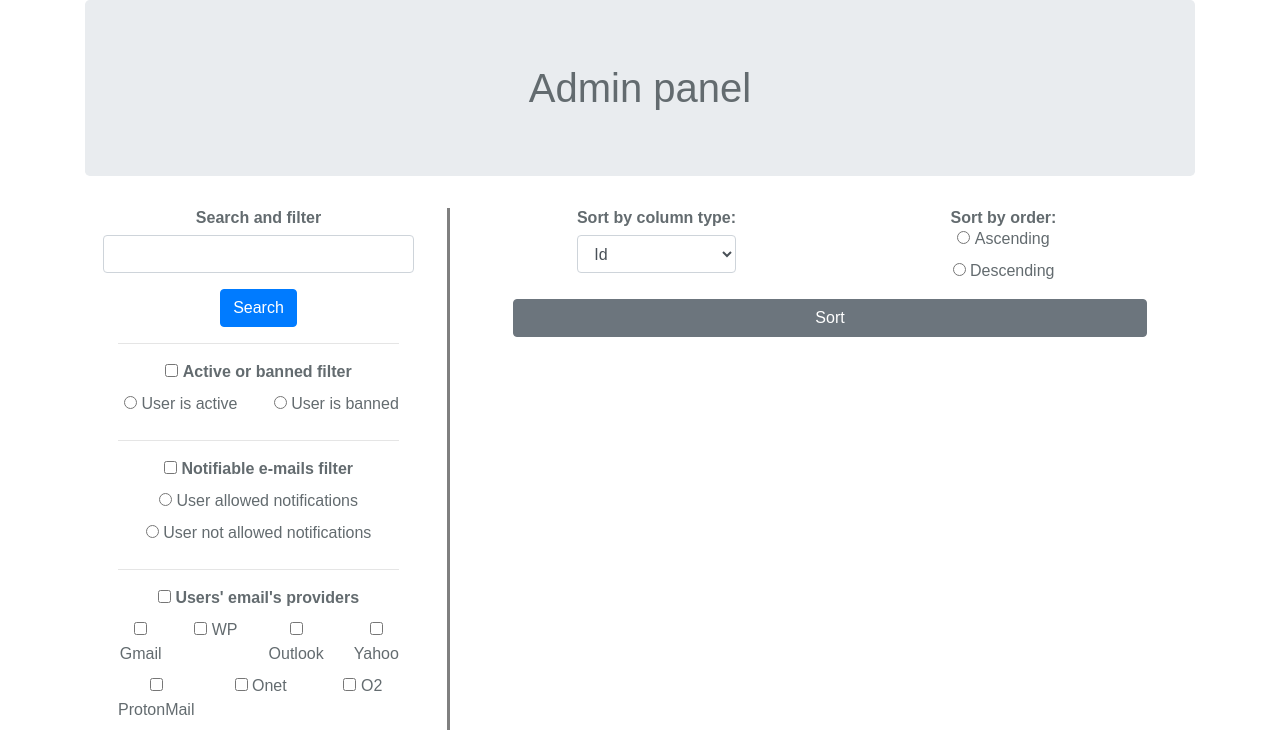
Repository: WOLVGVNG/gameclan
Page: resources/views/admin_panel.blade.php
These files come from the project's save history. The page is drawn as it stood at one moment and after the next save; the edit follows.
The browser window is 1280 px wide. The pictures show the whole page.
The page is served by the project's Laravel application, run on PHP 8.4 with Laravel 8. Other server files are loaded and not shown. The template is opened directly, without the code that normally fills it, so the values that code supplies are empty.

Above is the page before, as saved 2019-03-20 21:07:23.

### routes/web.php
<?php

/*
|--------------------------------------------------------------------------
| Web Routes
|--------------------------------------------------------------------------
|
| Here is where you can register web routes for your application. These
| routes are loaded by the RouteServiceProvider within a group which
| contains the "web" middleware group. Now create something great!
|
*/

Route::get('/', 'AdminPanelController@index');

### resources/views/admin_panel.blade.php
@extends('layout.app')
@section('content')
<div class='container text-center'>
    <h1 class='jumbotron'>Admin panel</h1>
    <form action='/' method='GET'>
        <div class='row'>
            <div class='col-md-4 px-4 px-md-5' style='border-right: 3px solid gray'>
                <!-----------------------------SZUKANIE---------------------------->
                <div class='row'>
                    <h6 class='font-weight-bold mx-auto'>Search and filter</h6>
                    <input type='text' class='form-control' name='search' value='{{ session('search') }}'>
                </div>
                <div class='row'>
                    <button type='submit' class='btn btn-primary mt-3 mx-auto'>Search</button>
                </div>
                <hr>

                <!-----------------------------FILTROWANIE---------------------------->
                <input type='checkbox' name='filter_active_switch' id='active_switch' value=true @if(session('filter_active_switch')==true) echo checked @endif>
                <label for='active_switch' class='font-weight-bold text-center'>Active or banned filter</label>
                <div class='row'>
                    <div class='col'>
                        <input type='radio' name='filter_active' id='active' value='active' @if(session('filter_active')=='active') echo checked @endif>
                        <label for='active'>User is active</label>
                    </div>
                    <div class='col'>
                        <input type='radio' name='filter_active' id='banned' value='banned' @if(session('filter_active  ')=='banned') echo checked @endif>
                        <label for='banned'>User is banned</label>
                    </div>
                </div>

                <hr>

                <input type='checkbox' name='filter_notifiable_email_switch' id='notifiable_email_switch' value=true @if(session('filter_notifiable_email_switch')==true) echo checked @endif>
                <label for='notifiable_email_switch' class='font-weight-bold text-center'>Notifiable e-mails filter</label>
                <div class='row'>
                    <div class='col mx-auto'>
                        <div class='col-12'>
                            <input type='radio' name='filter_notifiable_email' id='notifiable_email_yes' value='true' @if(session('filter_notifiable_email')=='true') echo checked @endif>
                            <label for='notifiable_email_yes'>User allowed notifications</label>
                        </div>
                        <div class='col-12'>
                            <input type='radio' name='filter_notifiable_email' id='notifiable_email_no' value='false' @if(session('filter_notifiable_email')=='false') echo checked @endif>
                            <label for='notifiable_email_no'>User not allowed notifications</label>
                        </div>
                    </div>
                </div>

                <hr>

                <input type='checkbox' name='filter_email_switch' id='email_switch' value=true @if(session('filter_email_switch')==true) echo checked @endif>
                <label for='email_switch' class='font-weight-bold text-center'>Users' email's providers</label>
                <div class='row'>
                    <div class='col'>
                        <input type='checkbox' name='filter_email[]' id='gmail' value='gmail'>
                        <label for='gmail'>Gmail</label>
                    </div>
                    <div class='col'>
                        <input type='checkbox' name='filter_email[]' id='wp' value='wp'>
                        <label for='wp'>WP</label>
                    </div>
                    <div class='col'>
                        <input type='checkbox' name='filter_email[]' id='outlook' value='outlook'>
                        <label for='outlook'>Outlook</label>
                    </div>
                    <div class='col'>
                        <input type='checkbox' name='filter_email[]' id='yahoo' value='yahoo'>
                        <label for='yahoo'>Yahoo</label>
                    </div>
                    <div class='col'>
                        <input type='checkbox' name='filter_email[]' id='protonmail' value='protonmail'>
                        <label for='protonmail'>ProtonMail</label>
                    </div>
                    <div class='col'>
                        <input type='checkbox' name='filter_email[]' id='onet' value='onet'>
                        <label for='onet'>Onet</label>
                    </div>
                    <div class='col'>
                        <input type='checkbox' name='filter_email[]' id='o2' value='o2'>
                        <label for='o2'>O2</label>
                    </div>
                </div>
            </div>

            <div class='col-md-8 px-4 px-md-5'>
                <!-----------------------------SORTOWANIE---------------------------->
                <div class='row'>
                    <div class='col-sm-6'>
                        <h6 class='font-weight-bold mt-4 mt-md-0'>Sort by column type:</h6>
                        <select class='form-control w-50 mx-auto' name='sort_type' value='{{ session('sort_type') }}'>
                            {{--<option>{{ session('sort_type') }}</option>--}}
                            <option value='id' @if(session('sort_type') == 'id') echo selected @endif>Id</option>
                            <option value='user_name' @if(session('sort_type') == 'user_name') echo selected @endif>User name</option>
                            <option value='email' @if(session('sort_type') == 'email') echo selected @endif>E-mail</option>
                            <option value='notifiable_email' @if(session('sort_type') == 'notifiable_email') echo selected @endif>Notifiable email</option>
                            <option value='email_verified_at' @if(session('sort_type') == 'email_verified_at') echo selected @endif>Email verification date</option>
                            <option value='points' @if(session('sort_type') == 'points') echo selected @endif>Points</option>
                            <option value='steam_id' @if(session('sort_type') == 'steam_id') echo selected @endif>Steam id</option>
                            <option value='facebook_id' @if(session('sort_type') == 'facebook_id') echo selected @endif>Facebook id</option>
                            <option value='google_id' @if(session('sort_type') == 'google_id') echo selected @endif>google id</option>
                            <option value='geo' @if(session('sort_type') == 'geo') echo selected @endif>Country</option>
                            <option value='lang' @if(session('sort_type') == 'lang') echo selected @endif>Language</option>
                            <option value='ref' @if(session('sort_type') == 'ref') echo selected @endif>Ref</option>
                            <option value='ref_status' @if(session('sort_type') == 'ref_status') echo selected @endif>Ref status</option>
                            <option value='ref_code' @if(session('sort_type') == 'ref_code') echo selected @endif>Ref code</option>
                            <option value='deleted_at' @if(session('sort_type') == 'deleted_at') echo selected @endif>The date of removal</option>
                            <option value='created_at' @if(session('sort_type') == 'created_at') echo selected @endif>Creation date</option>
                            <option value='updated_at' @if(session('sort_type') == 'updated_at') echo selected @endif>Update date</option>
                        </select>
                    </div>
                    <div class='col-sm-6'>
                        <h6 class='font-weight-bold my-4 my-md-0'>Sort by order:</h6>
                        <input type='radio' name='sort_order' value='asc' id='asc'
                                @if(session('sort_order') == 'asc') echo checked @endif>
                        <label for='asc'>Ascending</label>
                        <br>
                        <input type='radio' name='sort_order' value='desc' id='desc'
                                @if(session('sort_order') == 'desc') echo checked @endif>
                        <label for='desc'>Descending</label>
                    </div>
                </div>
                <div class='col mt-2 mb-5'>
                    <button type='submit' class='btn btn-block btn-secondary'>Sort</button>
                </div>
            </form>

            <!-----------------------------WYŚWIETLANIE---------------------------->
            @foreach($users as $user)
                <div class='row mb-5 user-part-div'>
                    <div class='user-part-div col'>
                        <p class='font-weight-bold'>id</p>
                        <p>{{$user->id}}</p>
                    </div>
                    <div class='user-part-div col'>
                        <p class='font-weight-bold'>user_name</p>
                        <p>{{$user->user_name}}</p>
                    </div>
                    <div class='user-part-div col'>
                        <p class='font-weight-bold'>email</p>
                        <p>{{$user->email}}</p>
                    </div>
                    @if(isset($user->email_verified_at))
                        <div class='user-part-div col'>
                            <p class='font-weight-bold'>email_verified_at</p>
                            <p>{{$user->email_verified_at}}</p>
                        </div>
                    @endif
                    @if(isset($user->email_verified_at))
                        <div class='user-part-div col'>
                            <p class='font-weight-bold'>remember_token</p>
                            <p>{{$user->remember_token}}</p>
                        </div>
                    @endif
                    <div class='user-part-div col'>
                        <p class='font-weight-bold'>avatar</p>
                        <p>{{$user->avatar}}</p>
                    </div>
                    <div class='user-part-div col'>
                        <p class='font-weight-bold'>points</p>
                        <p>{{$user->points}}</p>
                    </div>
                    @if(isset($user->steam_id))
                        <div class='user-part-div col'>
                            <p class='font-weight-bold'>steam_id</p>
                            <p>{{$user->steam_id}}</p>
                        </div>
                    @endif
                    @if(isset($user->facebook_id))
                        <div class='user-part-div col'>
                            <p class='font-weight-bold'>facebook_id</p>
                            <p>{{$user->facebook_id}}</p>
                        </div>
                    @endif
                    @if(isset($user->google_id))
                        <div class='user-part-div col'>
                            <p class='font-weight-bold'>google_id</p>
                            <p>{{$user->google_id}}</p>
                        </div>
                    @endif
                    <div class='user-part-div col'>
                        <p class='font-weight-bold'>geo</p>
                        <p>{{$user->geo}}</p>
                    </div>
                    <div class='user-part-div col'>
                        <p class='font-weight-bold'>lang</p>
                        <p>{{$user->lang}}</p>
                    </div>
                    @if(isset($user->ref))
                        <div class='user-part-div col'>
                            <p class='font-weight-bold'>ref</p>
                            <p>{{$user->ref}}</p>
                        </div>
                    @endif
                    @if(isset($user->ref_status))
                        <div class='user-part-div col'>
                            <p class='font-weight-bold'>ref_status</p>
                            <p>{{$user->ref_status}}</p>
                        </div>
                    @endif
                    <div class='user-part-div col'>
                        <p class='font-weight-bold'>ref_code</p>
                        <p>{{$user->ref_code}}</p>
                    </div>
                    @if(isset($user->deleted_at))
                        <div class='user-part-div col'>
                            <p class='font-weight-bold'>deleted_at</p>
                            <p>{{$user->deleted_at}}</p>
                        </div>
                    @endif
                    <div class='user-part-div col'>
                        <p class='font-weight-bold'>created_at</p>
                        <p>{{$user->created_at}}</p>
                    </div>
                    @if(isset($user->updated_at))
                        <div class='user-part-div col'>
                            <p class='font-weight-bold'>updated_at</p>
                            <p>{{$user->updated_at}}</p>
                        </div>
                    @endif
                </div>
            @endforeach
        </div>
    </div>

    <!-----------------------------PAGINACJA---------------------------->
    <div class='row'>
        <div class='mx-auto'>
            {{ $users->links() }}
        </div>
    </div>
</div>
@endsection

### resources/views/layout/app.blade.php
<!doctype html>
<html lang="{{ str_replace('_', '-', app()->getLocale()) }}">
    <head>
        <meta charset="utf-8">
        <meta name="viewport" content="width=device-width, initial-scale=1">

        <title>Laravel</title>

        <link rel="stylesheet" href="https://stackpath.bootstrapcdn.com/bootstrap/4.3.1/css/bootstrap.min.css" integrity="sha384-ggOyR0iXCbMQv3Xipma34MD+dH/1fQ784/j6cY/iJTQUOhcWr7x9JvoRxT2MZw1T" crossorigin="anonymous">

        <style>
            html, body {
                background-color: #fff;
                color: #636b6f;
                font-family: 'Nunito', sans-serif;
                font-weight: 200;
                height: 100vh;
                margin: 0;
            }

            .user-part-div {
                border: 2px solid gray;
            }
        </style>
    </head>
    <body>
        @yield('content')

    </body>
</html>

After the next save:
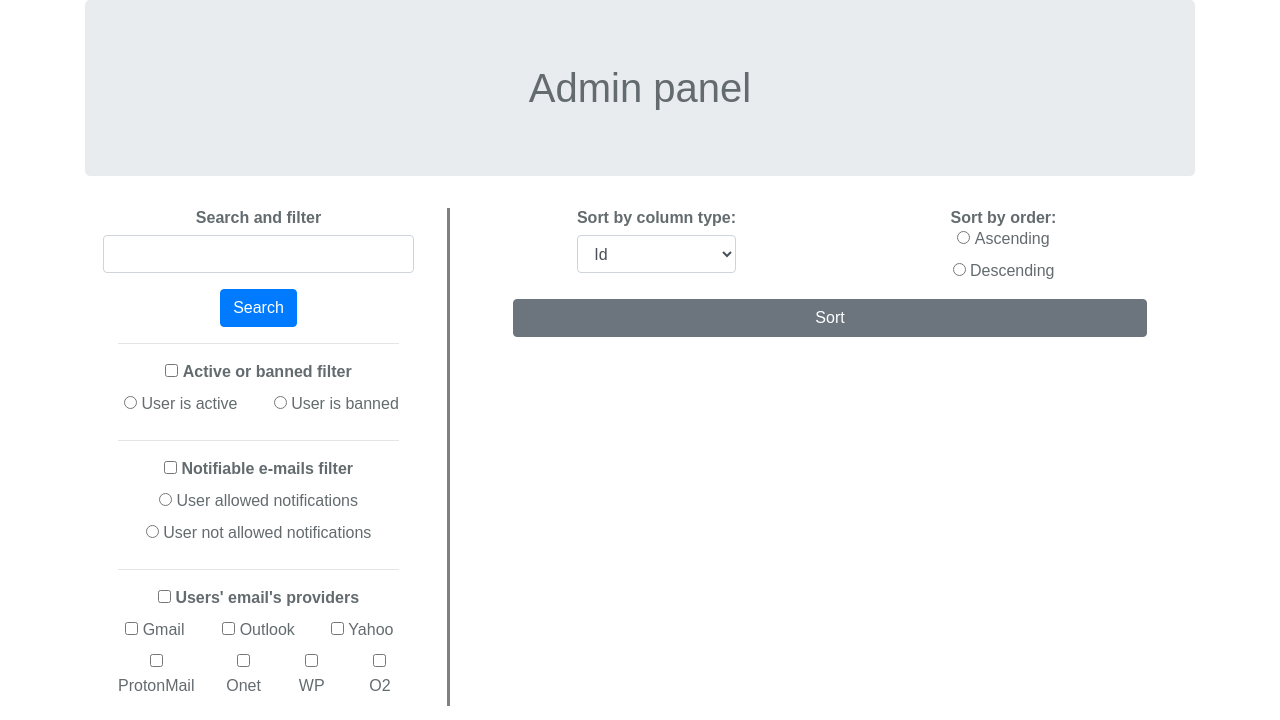
Saved 10 s later.
--- a/resources/views/admin_panel.blade.php
+++ b/resources/views/admin_panel.blade.php
@@ -56,24 +56,24 @@
                         <label for='gmail'>Gmail</label>
                     </div>
                     <div class='col'>
+                        <input type='checkbox' name='filter_email[]' id='outlook' value='outlook'>
+                        <label for='outlook'>Outlook</label>
+                    </div>
+                    <div class='col'>
+                        <input type='checkbox' name='filter_email[]' id='yahoo' value='yahoo'>
+                        <label for='yahoo'>Yahoo</label>
+                    </div>
+                    <div class='col'>
+                        <input type='checkbox' name='filter_email[]' id='protonmail' value='protonmail'>
+                        <label for='protonmail'>ProtonMail</label>
+                    </div>
+                    <div class='col'>
+                        <input type='checkbox' name='filter_email[]' id='onet' value='onet'>
+                        <label for='onet'>Onet</label>
+                    </div>
+                    <div class='col'>
                         <input type='checkbox' name='filter_email[]' id='wp' value='wp'>
                         <label for='wp'>WP</label>
-                    </div>
-                    <div class='col'>
-                        <input type='checkbox' name='filter_email[]' id='outlook' value='outlook'>
-                        <label for='outlook'>Outlook</label>
-                    </div>
-                    <div class='col'>
-                        <input type='checkbox' name='filter_email[]' id='yahoo' value='yahoo'>
-                        <label for='yahoo'>Yahoo</label>
-                    </div>
-                    <div class='col'>
-                        <input type='checkbox' name='filter_email[]' id='protonmail' value='protonmail'>
-                        <label for='protonmail'>ProtonMail</label>
-                    </div>
-                    <div class='col'>
-                        <input type='checkbox' name='filter_email[]' id='onet' value='onet'>
-                        <label for='onet'>Onet</label>
                     </div>
                     <div class='col'>
                         <input type='checkbox' name='filter_email[]' id='o2' value='o2'>
